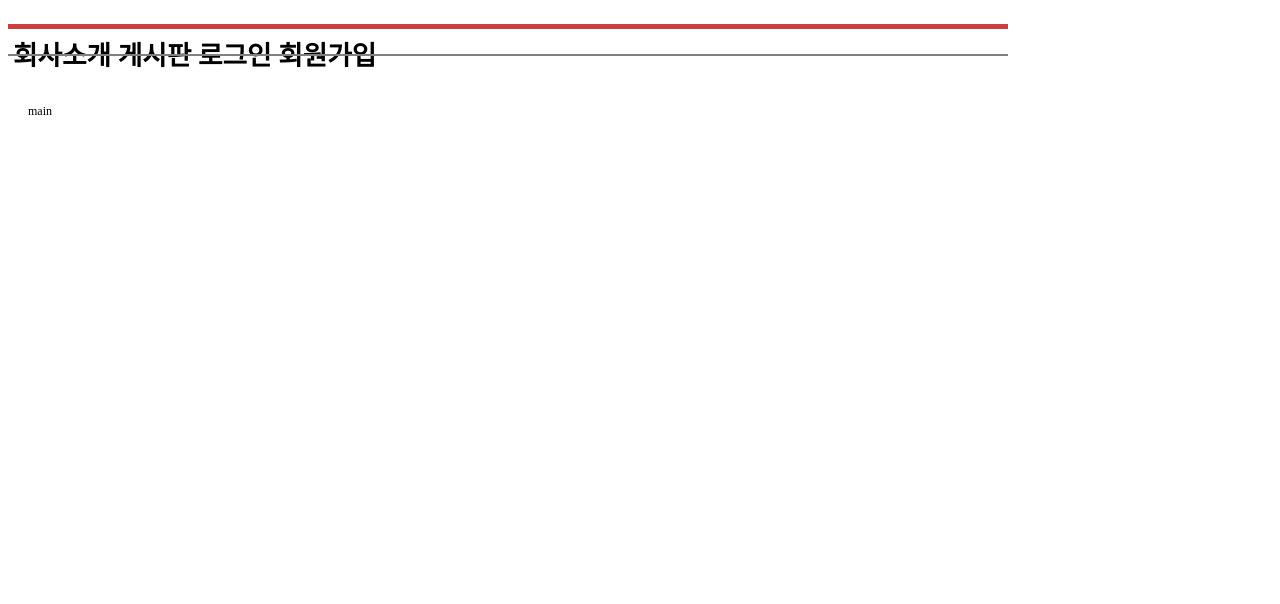
Repository: asaf0813/aisw
Page: java/이클립스/workspace/html/htmltest/WebContent/main.html
An editor plug-in stored every save of this project. The page is shown before and after the next save, followed by the edit.
The browser window is 1280 px wide. The pictures show the part of the page from y = 158 to 762 px (the page is 762 px tall).

Above is the page before, as saved 2019-10-03 06:58:27.

After the next save:
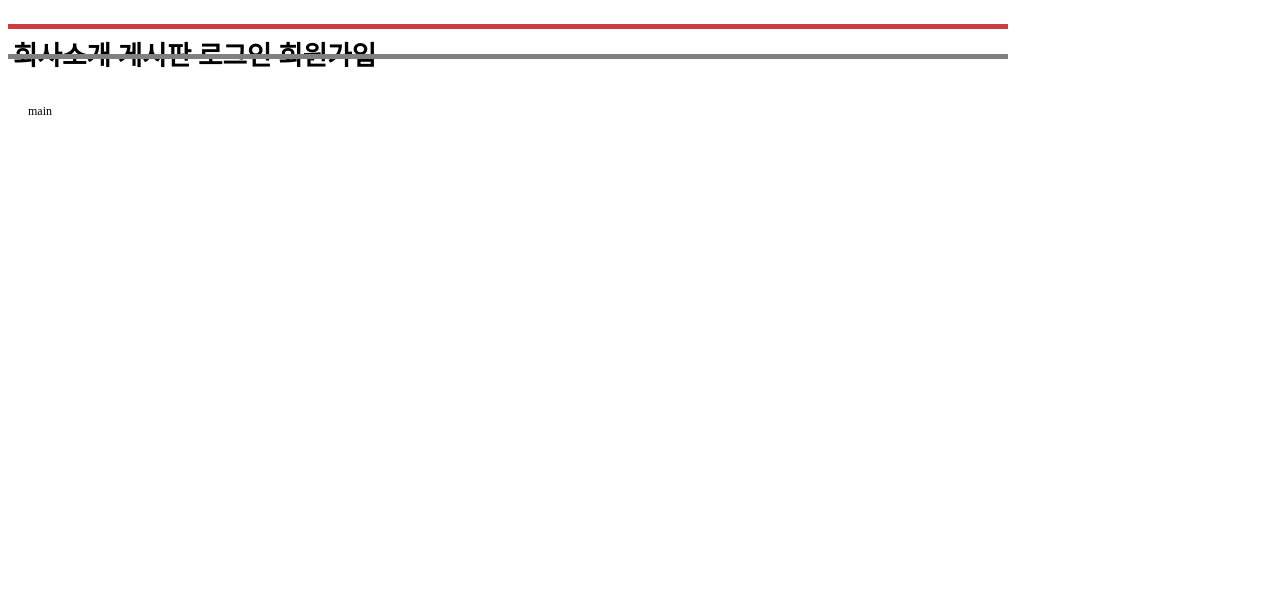
Saved 7 s later.
--- a/java/이클립스/workspace/html/htmltest/WebContent/main.css
+++ b/java/이클립스/workspace/html/htmltest/WebContent/main.css
@@ -28,7 +28,7 @@
 
 .divide{
 	width:100%;
-	height:2px;
+	height:5px;
 	float:left;
 	margin-top: 25px;
 	background-color:gray;
